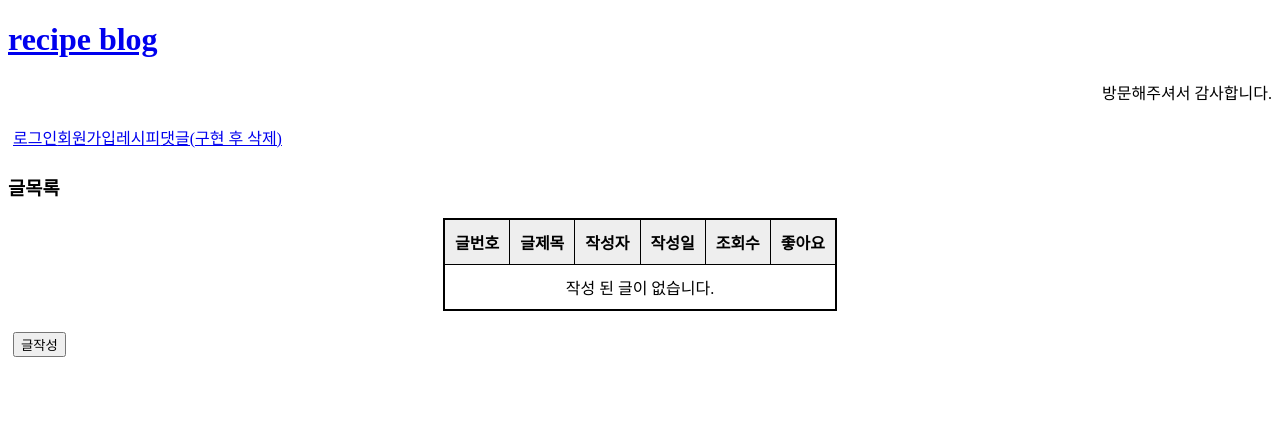
Repository: jeong-hyeran/recipe
Page: http://localhost/recipe/WEB-INF/views/board/list.jsp
An editor plug-in stored every save of this project. The page is shown before and after the next save, followed by the edit.
The browser window is 1280 px wide. The pictures show the whole page.
The page is served by Tomcat 9. Nobody is signed in. Other server files are loaded and not shown. The template is opened directly, without the code that normally fills it, so the values that code supplies are empty.

Above is the page before, as saved 2023-09-27 05:32:25.

### recipe_project/recipe/src/main/webapp/WEB-INF/views/board/list.jsp
<%@ page language="java" contentType="text/html; charset=UTF-8"
    pageEncoding="UTF-8"%>
<%@ include file="../header.jsp" %>
<div id="boardList">
<h3>글목록</h3>

<table>
	<thead>

		<tr>
			<th>글번호</th>
			<th>글제목</th>
			<th>작성자</th>
			<th>작성일</th>
			<th>조회수</th>
			<th>좋아요</th>
		</tr>
	</thead>
	<tbody>
			<tr>
				<c:if test="${empty list }">
					<td colspan="6" style="text-align: center;">
						작성 된 글이 없습니다.
					</td>
				</c:if>
			</tr>
			<c:forEach var="dto" items="${list }">
			<tr>
				<td>${dto.idx }</td>
				<td>
					<a href="${cpath }/board/view/${dto.idx}">${dto.title }</a>
				</td>
				<td>${dto.member_username }</td>
				<td>${dto.wdate }</td>
				<td>👁️‍🗨️${dto.viewCount }</td>
				<td>❤️${dto.likeCount }</td>
			</tr>
		</c:forEach>
	</tbody>
</table>
<ul>
	<li><a href="${cpath }/board/write"><button>글작성</button></a></li>
</ul>
</div>
</body>
</html>

### recipe_project/recipe/src/main/webapp/WEB-INF/views/header.jsp
<%@ page language="java" contentType="text/html; charset=UTF-8"
    pageEncoding="UTF-8"%>
<%@ taglib prefix="c" uri="http://java.sun.com/jsp/jstl/core" %>
<%@ taglib prefix="fmt" uri="http://java.sun.com/jsp/jstl/fmt" %>
<%@ taglib prefix="fn" uri="http://java.sun.com/jsp/jstl/functions" %>
<c:set var="cpath" value="${pageContext.request.contextPath }"/>
<!DOCTYPE html>
<html>
<head>
<meta charset="UTF-8">
<title>recipe</title>
<style>
	table{
		border : 2px solid black;
		border-collapse: collapse;
		margin: 10px auto;
		padding: 10px;
	}
	th{
		background-color: #eee;
		border: 1px solid black;
		padding: 10px;
	}
	td{
		border: 1px solid black;
		padding: 10px;
	}
	textarea {
		margin: 10px 5px;
	}
	#boardView{
		margin: auto;
	}
	#boardTitle {
		border: 1px solid #eee;
		width: 800px;
		padding: 5px 15px;
		line-height: 2rem;
		margin: 5px;
		text-align: center;
	}
	#boardContent {
		border: 1px solid #eee;
		width: 800px;
		padding: 15px;
		line-height: 2rem;
		margin: 5px;
		text-align: center;
	}
	ul{
		list-style: none;
		display: flex;
		padding: 5px;
	}
</style>
</head>
<body>
<h1><a href="${cpath }">recipe blog</a></h1>
<p align="right">
<c:if test="${empty login }">
	방문해주셔서 감사합니다.
</c:if>
<c:if test="${not empty login }">
	${login.userid } [${login.username }님]
</c:if>
</p>
<header>
	<nav>
		<ul>
			<c:if test="${empty login }">
				<li><a href="${cpath }/member/login">로그인</a></li>
				<li><a href="${cpath }/member/join">회원가입</a></li>
			</c:if>
			<c:if test="${not empty login }">
				<li><a href="${cpath }/member/logout">로그아웃</a></li>
				<li><a href="${cpath }/member/mypage">My Page</a></li>
			</c:if>
			<c:if test="${not empty login }">
				<li><a href="${cpath }/board/write">글작성</a></li>
				<!-- 드랍 메뉴 구현 할 수도? -->
			</c:if>
				<li><a href="${cpath }/board/list">레시피</a></li>
				<li><a href="${cpath }/review/list">댓글(구현 후 삭제)</a></li>
		</ul>
	</nav>
</header>

After the next save:
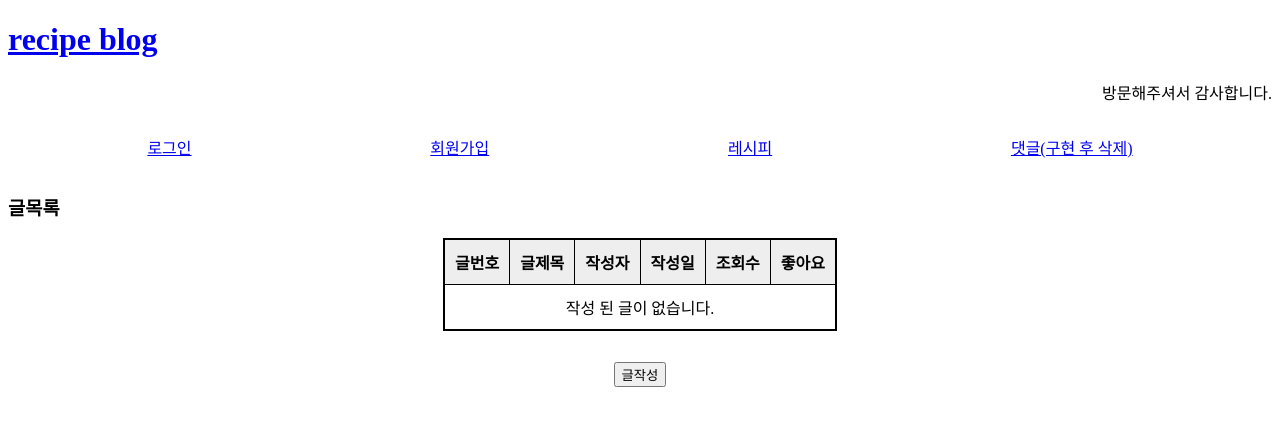
Saved 46 s later.
--- a/recipe_project/recipe/src/main/webapp/WEB-INF/views/header.jsp
+++ b/recipe_project/recipe/src/main/webapp/WEB-INF/views/header.jsp
@@ -50,6 +50,11 @@
 	ul{
 		list-style: none;
 		display: flex;
+		padding: 5px 20px;
+		justify-content: space-around;
+	}
+	li{
+		margin: 5px;
 		padding: 5px;
 	}
 </style>
